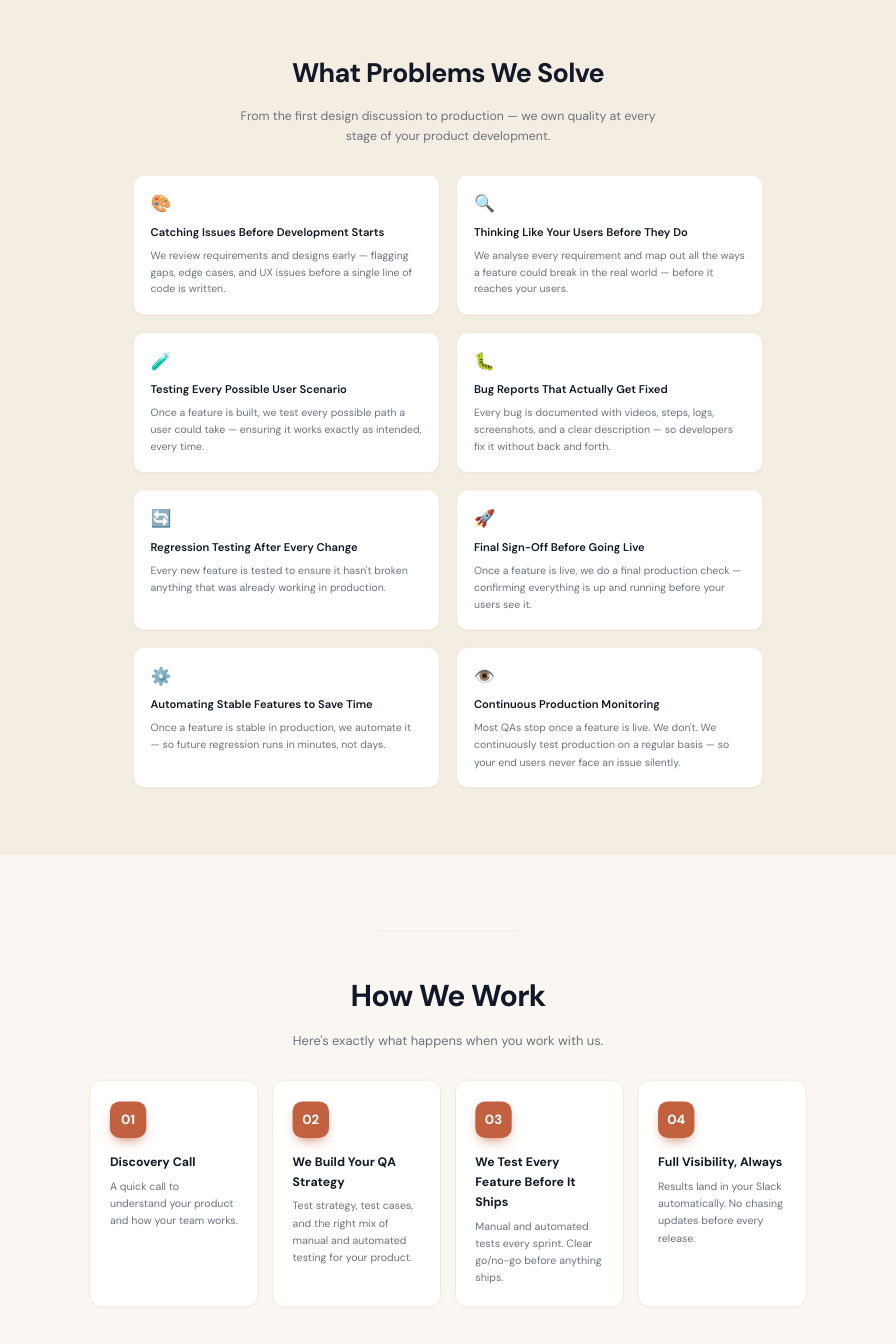
Repository: Monika281992/GoLiveQA
Page: /
An editor plug-in stored every save of this project. The page is shown before and after the next save, followed by the edit.
The browser window is 1280 px wide. The pictures show the part of the page from y = 552 to 2472 px (the page is 4188 px tall before and 4089 px after), at 70% of full size.
The project was rebuilt for these pictures with package versions that can differ from the ones it lists, and the page was loaded fresh each time. The framework's server and built-in components were replaced by stand-ins that run in the browser. Also part of the build but not shown: next.config.mjs.

Above is the page before, as saved 2026-06-27 13:55:34.

### app/layout.tsx
import type { Metadata } from "next";
import { DM_Sans, Kaushan_Script } from "next/font/google";
import "./globals.css";

const dmSans = DM_Sans({
  subsets: ["latin"],
  weight: ["300", "400", "500", "600", "700"],
  variable: "--font-sans",
  display: "swap",
});

const kaushan = Kaushan_Script({
  subsets: ["latin"],
  weight: "400",
  variable: "--font-script",
  display: "swap",
});

export const metadata: Metadata = {
  title: "GoLiveQA",
  description:
    "Senior QA engineer with 9 years of hands-on experience testing Healthcare, SaaS, AI & Real Estate products at startups across India and US. Playwright, Cypress, Postman. Available remotely.",
};

export default function RootLayout({
  children,
}: {
  children: React.ReactNode;
}) {
  return (
    <html lang="en" className={`${dmSans.variable} ${kaushan.variable}`}>
      <body className="font-sans leading-relaxed">{children}</body>
    </html>
  );
}

### app/page.tsx
import { Navbar } from "@/components/navbar";
import { Hero } from "@/components/hero";
import { Problem } from "@/components/problem";
import { Process } from "@/components/process";
import { Pricing } from "@/components/pricing";
import { Contact } from "@/components/contact";
import { Footer } from "@/components/footer";

export default function Home() {
  return (
    <div className="min-h-screen bg-surface">
      <Navbar />
      <main>
        <Hero />
        <Problem />
        <Process />
        <Pricing />
        <Contact />
      </main>
      <Footer />
    </div>
  );
}

### app/globals.css
@tailwind base;
@tailwind components;
@tailwind utilities;

html {
  scroll-behavior: smooth;
}

body {
  background-color: #faf7f2;
  color: #4b5563;
  -webkit-font-smoothing: antialiased;
}

### components/hero.tsx
"use client";

import { useState } from "react";
import { useRouter } from "next/navigation";
import { ArrowRight } from "lucide-react";

export function Hero() {
  const router = useRouter();
  const [email, setEmail] = useState("");
  const [error, setError] = useState("");
  const [status, setStatus] = useState("idle");

  async function handleBook() {
    const trimmed = email.trim();
    if (!trimmed) {
      setError("Please enter your email address.");
      return;
    }
    const valid = /^[^\s@]+@[^\s@]+\.[^\s@]+$/.test(trimmed);
    if (!valid) {
      setError("Please enter a valid email address.");
      return;
    }
    setError("");
    setStatus("loading");
    try {
      await fetch("/api/book", {
        method: "POST",
        headers: { "Content-Type": "application/json" },
        body: JSON.stringify({ email: trimmed }),
      });
    } catch {
      // proceed to form regardless
    }
    router.push(`/book-a-call?email=${encodeURIComponent(trimmed)}`);
  }

  return (
    <section id="top" className="relative overflow-hidden">
      <div className="pointer-events-none absolute inset-0 bg-[radial-gradient(58%_46%_at_50%_-4%,#f6ebe5,transparent_72%)]" />
      <div className="relative mx-auto max-w-[840px] px-5 pb-12 pt-16 text-center sm:px-8 md:pb-16 md:pt-24 lg:px-12 lg:pt-[108px]">
        <h1 className="text-[clamp(2.5rem,7vw,4.1rem)] font-bold leading-[1.03] tracking-[-0.035em] text-ink">
          Your QA Partner
        </h1>
        <p className="mt-4 text-[clamp(1.1rem,2.5vw,1.45rem)] font-semibold text-accent">
          Startups ship faster and break less with GoLiveQA. Senior QA coverage across manual testing, automation, CI/CD, and real-time reporting.
        </p>
        <div className="mt-8 mx-auto max-w-[480px]">
          <div className={`flex items-center overflow-hidden rounded-full border bg-surface shadow-sm transition-colors ${error ? "border-red-400" : "border-hairline"}`}>
            <input
              type="email"
              value={email}
              onChange={(e) => { setEmail(e.target.value); if (error) setError(""); }}
              placeholder="Enter your business email"
              className="flex-1 bg-transparent px-6 py-3.5 text-[15px] text-body outline-none placeholder:text-muted"
            />
            <button
              type="button"
              onClick={handleBook}
              disabled={status === "loading"}
              className="m-1.5 flex items-center gap-2 rounded-full bg-accent px-6 py-3 text-[15px] font-semibold text-white disabled:opacity-70"
            >
              {status === "loading" ? "Loading…" : "Book a Call"}
              {status !== "loading" && <ArrowRight className="h-[16px] w-[16px]" />}
            </button>
          </div>
          {error && (
            <p className="mt-2 text-[13px] text-red-500">{error}</p>
          )}
        </div>
      </div>
    </section>
  );
}

### components/problem.tsx
const problems = [
  {
    icon: "🎨",
    title: "Catching Issues Before Development Starts",
    description:
      "We review requirements and designs early — flagging gaps, edge cases, and UX issues before a single line of code is written.",
  },
  {
    icon: "🔍",
    title: "Thinking Like Your Users Before They Do",
    description:
      "We analyse every requirement and map out all the ways a feature could break in the real world — before it reaches your users.",
  },
  {
    icon: "🧪",
    title: "Testing Every Possible User Scenario",
    description:
      "Once a feature is built, we test every possible path a user could take — ensuring it works exactly as intended, every time.",
  },
  {
    icon: "🐛",
    title: "Bug Reports That Actually Get Fixed",
    description:
      "Every bug is documented with videos, steps, logs, screenshots, and a clear description — so developers fix it without back and forth.",
  },
  {
    icon: "🔄",
    title: "Regression Testing After Every Change",
    description:
      "Every new feature is tested to ensure it hasn't broken anything that was already working in production.",
  },
  {
    icon: "🚀",
    title: "Final Sign-Off Before Going Live",
    description:
      "Once a feature is live, we do a final production check — confirming everything is up and running before your users see it.",
  },
  {
    icon: "⚙️",
    title: "Automating Stable Features to Save Time",
    description:
      "Once a feature is stable in production, we automate it — so future regression runs in minutes, not days.",
  },
  {
    icon: "👁️",
    title: "Continuous Production Monitoring",
    description:
      "Most QAs stop once a feature is live. We don't. We continuously test production on a regular basis — so your end users never face an issue silently.",
  },
];

export function Problem() {
  return (
    <section className="border-t border-hairline bg-surface-soft py-16 md:py-24">
      <div className="mx-auto max-w-container px-5 sm:px-8 lg:px-12">
        <div className="mx-auto max-w-[600px] text-center">
          <h2 className="text-[clamp(1.8rem,3.5vw,2.4rem)] font-bold tracking-[-0.025em] text-ink">
            What Problems We Solve
          </h2>
          <p className="mt-4 text-[clamp(1rem,1.7vw,1.1rem)] leading-relaxed text-muted">
            From the first design discussion to production — we own quality at every stage of your product development.
          </p>
        </div>
        <div className="mx-auto mt-10 grid max-w-[900px] grid-cols-1 gap-6 sm:grid-cols-2">
          {problems.map((p) => (
            <div
              key={p.title}
              className="rounded-[16px] border border-hairline bg-white p-6 shadow-sm"
            >
              <span className="text-2xl">{p.icon}</span>
              <h3 className="mt-3 text-[1rem] font-semibold text-ink">{p.title}</h3>
              <p className="mt-2 text-[15px] leading-relaxed text-muted">{p.description}</p>
            </div>
          ))}
        </div>
      </div>
    </section>
  );
}

### components/process.tsx
import { Card } from "@/components/ui/card";

const steps = [
  {
    n: "01",
    title: "Discovery Call",
    desc: "A quick call to understand your product and how your team works.",
  },
  {
    n: "02",
    title: "We Build Your QA Strategy",
    desc: "Test strategy, test cases, and the right mix of manual and automated testing for your product.",
  },
  {
    n: "03",
    title: "We Test Every Feature Before It Ships",
    desc: "Manual and automated tests every sprint. Clear go/no-go before anything ships.",
  },
  {
    n: "04",
    title: "Full Visibility, Always",
    desc: "Results land in your Slack automatically. No chasing updates before every release.",
  },
];

export function Process() {
  return (
    <section
      id="process"
      className="bg-surface py-16 md:py-24 lg:py-[108px]"
    >
      <div className="mx-auto max-w-container px-5 sm:px-8 lg:px-12">
        <div className="mx-auto mb-14 max-w-[200px]">
          <div className="h-px w-full bg-hairline" />
        </div>
        <div className="mx-auto max-w-[660px] text-center">
          <h2 className="text-[clamp(2rem,4.4vw,2.7rem)] font-bold tracking-[-0.025em] text-ink">
            How We Work
          </h2>
          <p className="mt-4 text-[clamp(1rem,1.7vw,1.15rem)] leading-relaxed text-muted">
            Here&apos;s exactly what happens when you work with us.
          </p>
        </div>
        <div className="mt-10 grid grid-cols-1 gap-5 sm:grid-cols-2 lg:grid-cols-4">
          {steps.map((s) => (
            <Card
              key={s.n}
              className="rounded-[18px] p-7 pt-[30px] transition-all hover:-translate-y-1 hover:shadow-lift"
            >
              <div className="mb-5 flex h-[52px] w-[52px] items-center justify-center rounded-[14px] bg-accent text-[19px] font-bold text-white shadow-[0_8px_18px_-8px_#c2613f]">
                {s.n}
              </div>
              <h3 className="mb-2 text-[1.1rem] font-bold text-ink">{s.title}</h3>
              <p className="text-[0.95rem] leading-relaxed text-muted">{s.desc}</p>
            </Card>
          ))}
        </div>
      </div>
    </section>
  );
}

### components/pricing.tsx
import { Calendar, Check } from "lucide-react";
import { Button } from "@/components/ui/button";

const guarantees = [
  "No surprise charges",
  "No long-term lock-in",
  "Senior engineer, always",
];

export function Pricing() {
  return (
    <section id="pricing" className="py-16 md:py-24 lg:py-[108px]">
      <div className="mx-auto max-w-container px-5 sm:px-8 lg:px-12">
        <div className="relative mx-auto max-w-[740px] overflow-hidden rounded-[26px] border border-hairline bg-white px-6 py-10 text-center shadow-cta sm:px-14 md:py-[68px]">
          <div className="pointer-events-none absolute inset-0 bg-[radial-gradient(70%_60%_at_50%_0%,#f6ebe5,transparent_70%)]" />
          <div className="relative">
            <h2 className="text-[clamp(2rem,4.6vw,2.9rem)] font-bold leading-[1.08] tracking-[-0.025em] text-ink">
              Let&apos;s Talk About Your Product
            </h2>
            <p className="mx-auto mt-[18px] max-w-[560px] text-[clamp(1rem,1.7vw,1.13rem)] leading-relaxed text-muted">
              Every engagement is scoped to your product size, release frequency, and
              testing needs. Book a 30-minute call — I&apos;ll give you a clear, honest
              quote within 24 hours.
            </p>
            <div className="mt-8">
              <Button asChild size="lg">
                <a href="#contact">
                  <Calendar className="h-[19px] w-[19px]" />
                  Book a 30-min Call
                </a>
              </Button>
            </div>
            <div className="mt-7 flex flex-wrap justify-center gap-x-[26px] gap-y-3 text-sm text-body">
              {guarantees.map((g) => (
                <span key={g} className="inline-flex items-center gap-2">
                  <Check className="h-[17px] w-[17px] text-green-600" />
                  {g}
                </span>
              ))}
            </div>
          </div>
        </div>
      </div>
    </section>
  );
}

### components/footer.tsx
const links = [
  { label: "About", href: "#about" },
  { label: "How Can I Help", href: "#services" },
  { label: "Process", href: "#process" },
  { label: "Contact", href: "#contact" },
];

export function Footer() {
  return (
    <footer className="border-t border-hairline bg-white py-8">
      <div className="mx-auto flex max-w-container flex-wrap items-center justify-between gap-x-7 gap-y-4 px-5 sm:px-8 lg:px-12">
        <a href="#top" className="text-lg font-bold tracking-tight text-brand">
          GoLiveQA
        </a>
        <div className="flex flex-wrap gap-6">
          {links.map((l) => (
            <a
              key={l.href}
              href={l.href}
              className="text-sm text-muted transition-colors hover:text-ink"
            >
              {l.label}
            </a>
          ))}
        </div>
        <p className="text-[13.5px] text-faint">
          © 2026 GoLiveQA. All rights reserved. A boutique QA consultancy.
        </p>
      </div>
    </footer>
  );
}

### components/ui/button.tsx
import * as React from "react";
import { Slot } from "@radix-ui/react-slot";
import { cva, type VariantProps } from "class-variance-authority";
import { cn } from "@/lib/utils";

const buttonVariants = cva(
  "inline-flex items-center justify-center gap-2 whitespace-nowrap rounded-xl font-semibold transition-all focus-visible:outline-none focus-visible:ring-2 focus-visible:ring-brand/40 focus-visible:ring-offset-2 disabled:pointer-events-none disabled:opacity-50",
  {
    variants: {
      variant: {
        default:
          "bg-brand text-white shadow-brand hover:bg-brand-dark hover:-translate-y-0.5",
        outline:
          "border-[1.5px] border-brand text-brand hover:bg-brand hover:text-white",
        ghost: "text-brand hover:bg-brand/5",
      },
      size: {
        default: "h-11 px-6 text-[15px]",
        lg: "h-[52px] px-7 text-base",
        sm: "h-9 px-[18px] text-sm",
      },
    },
    defaultVariants: {
      variant: "default",
      size: "default",
    },
  }
);

export interface ButtonProps
  extends React.ButtonHTMLAttributes<HTMLButtonElement>,
    VariantProps<typeof buttonVariants> {
  asChild?: boolean;
}

const Button = React.forwardRef<HTMLButtonElement, ButtonProps>(
  ({ className, variant, size, asChild = false, ...props }, ref) => {
    const Comp = asChild ? Slot : "button";
    return (
      <Comp
        className={cn(buttonVariants({ variant, size, className }))}
        ref={ref}
        {...props}
      />
    );
  }
);
Button.displayName = "Button";

export { Button, buttonVariants };

### components/ui/card.tsx
import * as React from "react";
import { cn } from "@/lib/utils";

const Card = React.forwardRef<
  HTMLDivElement,
  React.HTMLAttributes<HTMLDivElement>
>(({ className, ...props }, ref) => (
  <div
    ref={ref}
    className={cn(
      "rounded-2xl border border-hairline bg-white shadow-card",
      className
    )}
    {...props}
  />
));
Card.displayName = "Card";

const CardHeader = React.forwardRef<
  HTMLDivElement,
  React.HTMLAttributes<HTMLDivElement>
>(({ className, ...props }, ref) => (
  <div ref={ref} className={cn("flex flex-col space-y-1.5 p-7", className)} {...props} />
));
CardHeader.displayName = "CardHeader";

const CardTitle = React.forwardRef<
  HTMLDivElement,
  React.HTMLAttributes<HTMLHeadingElement>
>(({ className, ...props }, ref) => (
  <h3
    ref={ref}
    className={cn("text-lg font-bold leading-snug text-ink", className)}
    {...props}
  />
));
CardTitle.displayName = "CardTitle";

const CardContent = React.forwardRef<
  HTMLDivElement,
  React.HTMLAttributes<HTMLDivElement>
>(({ className, ...props }, ref) => (
  <div ref={ref} className={cn("p-7 pt-0", className)} {...props} />
));
CardContent.displayName = "CardContent";

export { Card, CardHeader, CardTitle, CardContent };

### components/icons.tsx
// Inline brand glyphs not reliably present in current lucide-react builds.
export function LinkedInIcon({ className }: { className?: string }) {
  return (
    <svg viewBox="0 0 24 24" fill="currentColor" className={className} aria-hidden="true">
      <path d="M4.98 3.5C4.98 4.88 3.87 6 2.5 6S0 4.88 0 3.5 1.12 1 2.5 1 4.98 2.12 4.98 3.5zM.25 8h4.5v15H.25V8zm7.5 0h4.31v2.05h.06c.6-1.07 2.07-2.2 4.26-2.2 4.56 0 5.4 2.85 5.4 6.56V23h-4.5v-6.2c0-1.48-.03-3.38-2.06-3.38-2.07 0-2.39 1.6-2.39 3.27V23h-4.5V8z" />
    </svg>
  );
}

### tailwind.config.ts
import type { Config } from "tailwindcss";

const config: Config = {
  content: [
    "./app/**/*.{ts,tsx}",
    "./components/**/*.{ts,tsx}",
  ],
  theme: {
    extend: {
      colors: {
        // Brand action color (blue) — CTAs, links
        brand: { DEFAULT: "#145fdd", dark: "#0d46b8" },
        // Warm personal accent (terracotta) — eyebrows, badges, signature
        accent: { DEFAULT: "#c2613f", soft: "#f6ebe5" },
        // Warm surfaces
        surface: { DEFAULT: "#faf7f2", soft: "#f4ede2" },
        hairline: "#ece4d7",
        // Text
        ink: "#111827",
        body: "#4b5563",
        muted: "#6b7280",
        faint: "#9ca3af",
      },
      fontFamily: {
        sans: ["var(--font-sans)", "system-ui", "sans-serif"],
        script: ["var(--font-script)", "cursive"],
      },
      maxWidth: {
        container: "1120px",
      },
      boxShadow: {
        card: "0 1px 3px rgba(0,0,0,0.03)",
        lift: "0 20px 40px -18px rgba(0,0,0,0.16)",
        brand: "0 8px 20px -8px rgba(20,95,221,0.5)",
        photo: "0 18px 44px -22px rgba(0,0,0,0.28)",
        cta: "0 28px 70px -34px rgba(0,0,0,0.22)",
      },
    },
  },
  plugins: [],
};

export default config;

Loaded but not shown: lib/utils.ts (common file); components/navbar.tsx (185 lines, source omitted); components/contact.tsx (242 lines, source omitted)

After the next save:
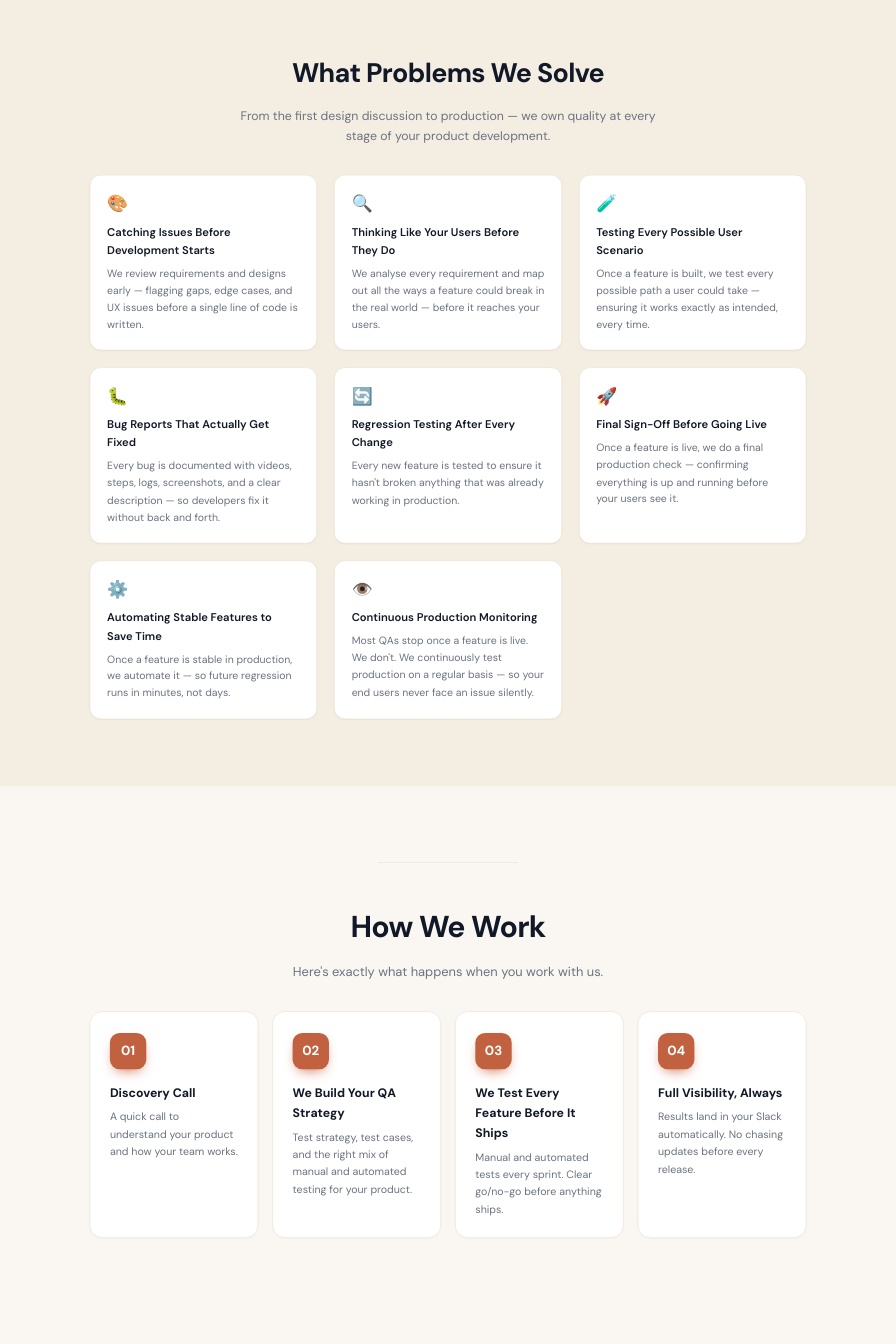
Saved 43 s later.
--- a/components/problem.tsx
+++ b/components/problem.tsx
@@ -61,7 +61,7 @@ export function Problem() {
             From the first design discussion to production — we own quality at every stage of your product development.
           </p>
         </div>
-        <div className="mx-auto mt-10 grid max-w-[900px] grid-cols-1 gap-6 sm:grid-cols-2">
+        <div className="mx-auto mt-10 grid max-w-[1100px] grid-cols-1 gap-6 sm:grid-cols-2 lg:grid-cols-3">
           {problems.map((p) => (
             <div
               key={p.title}
